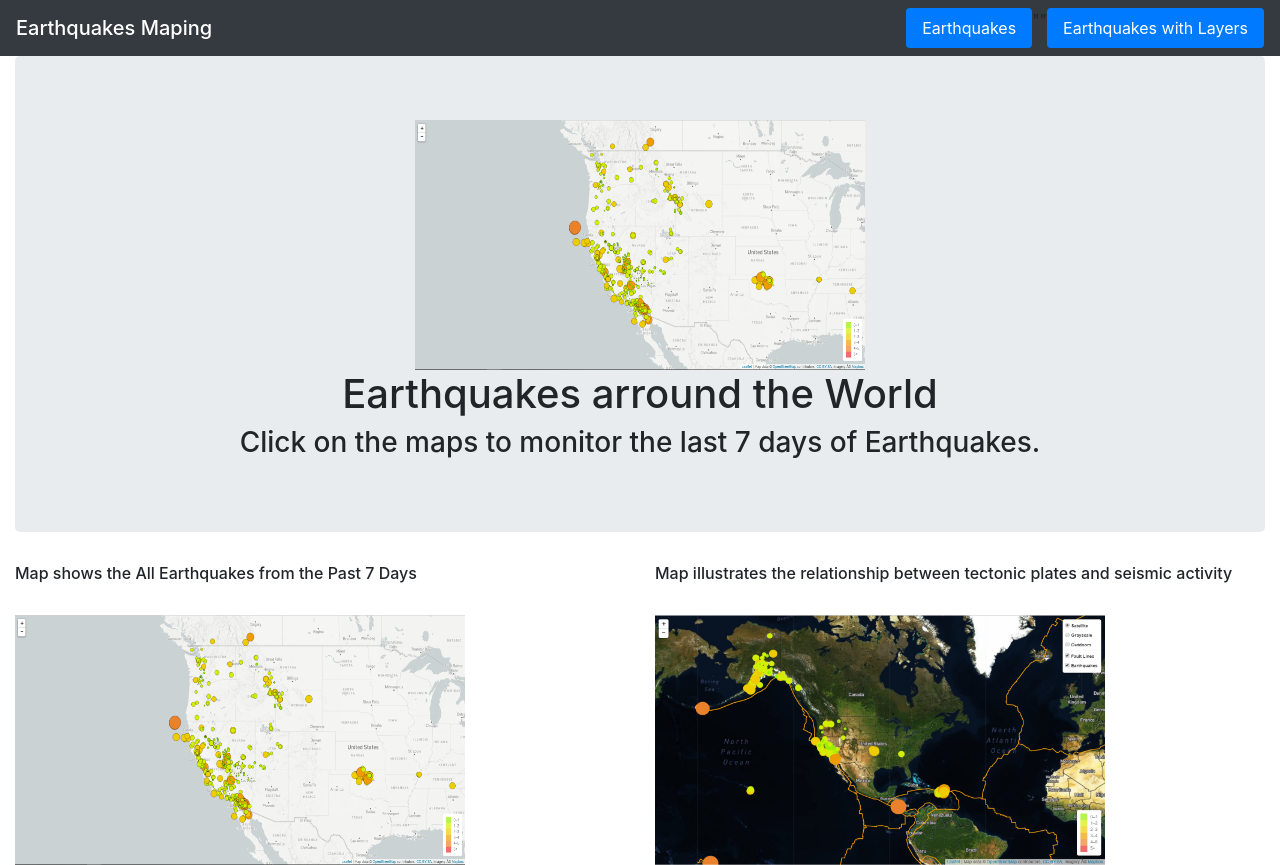
Repository: ermiasgelaye/leaflet-challenge
Page: index.html
An editor plug-in stored every save of this project. The page is shown before and after the next save, followed by the edit.
The browser window is 1280 px wide. The pictures show the whole page.

Above is the page before, as saved 2020-09-18 22:36:04.

After the next save:
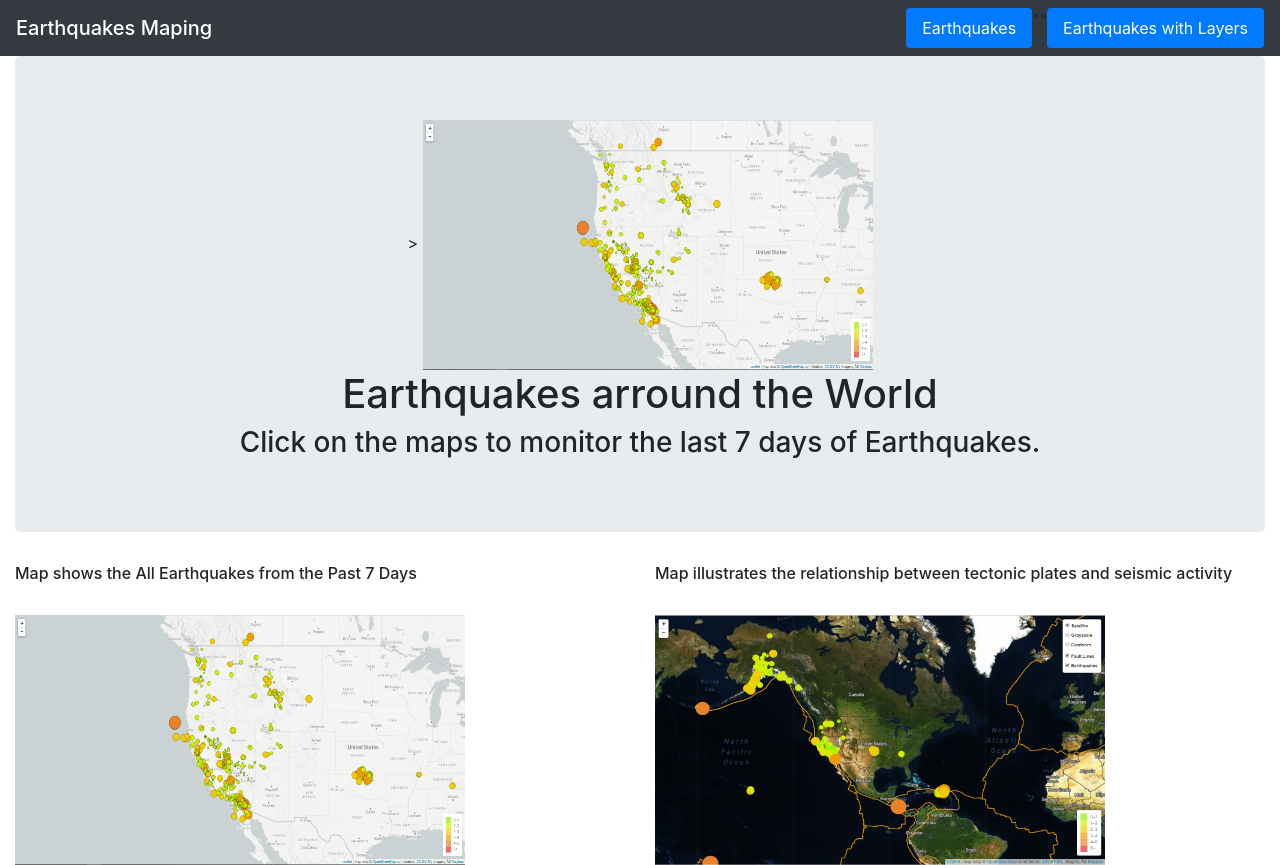
Saved 12 s later.
--- a/index.html
+++ b/index.html
@@ -36,7 +36,7 @@
       </ul>
     </nav>
     <div class="container-fluid">
-      <div class="jumbotron text-center" <img src="images/2-BasicMap.png">
+      <div class="jumbotron text-center" <img src="images/2-BasicMap.png"/>>
         <img src="images/2-BasicMap.png"  width="450"height="250" /></a>
         <h1>Earthquakes arround the World</h1>
         <h3>

After the 2 saves that followed:
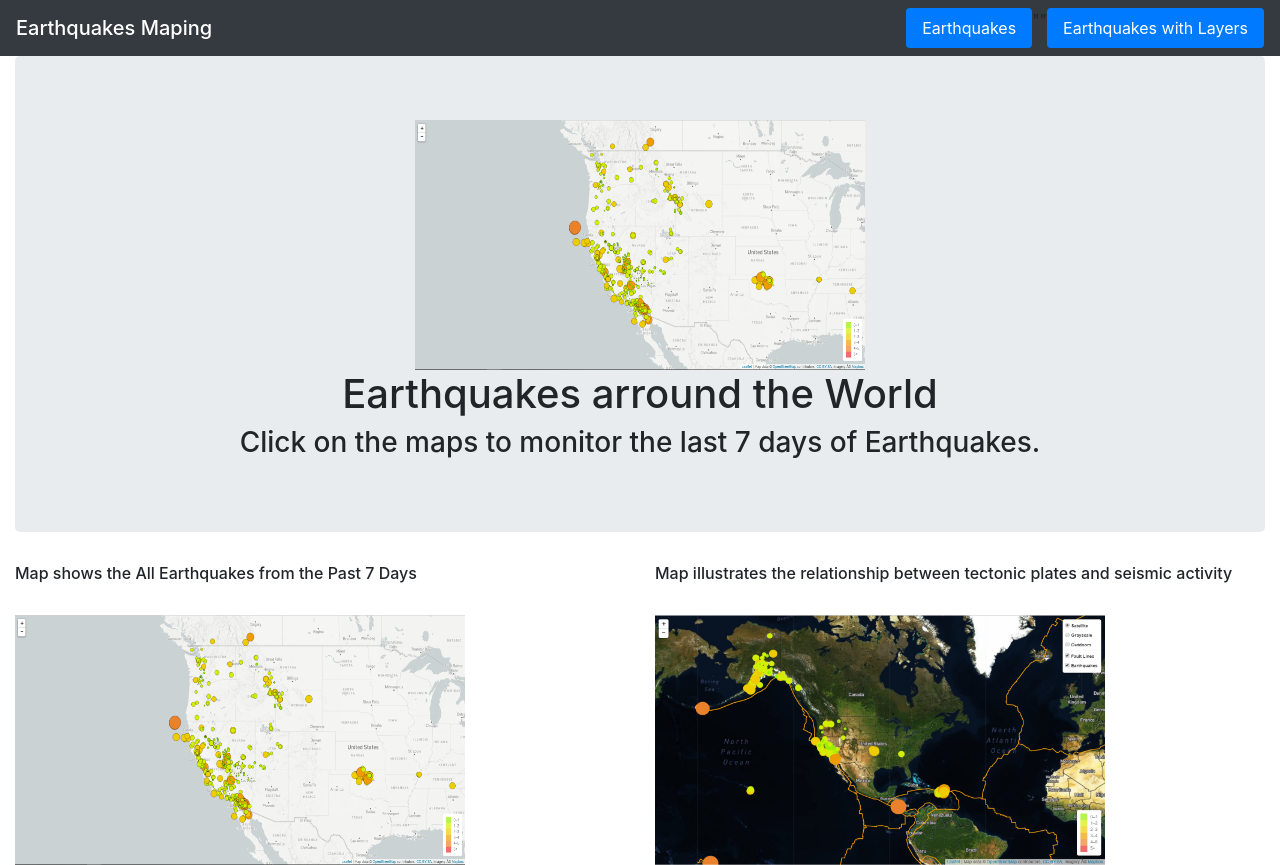
The 2 saves are shown as one change because they came seconds apart.
The last was saved 6 s later.
--- a/index.html
+++ b/index.html
@@ -35,8 +35,8 @@
         </li>
       </ul>
     </nav>
-    <div class="container-fluid">
-      <div class="jumbotron text-center" <img src="images/2-BasicMap.png"/>>
+    <div  class="container-fluid">
+      <div class="jumbotron text-center">
         <img src="images/2-BasicMap.png"  width="450"height="250" /></a>
         <h1>Earthquakes arround the World</h1>
         <h3>
